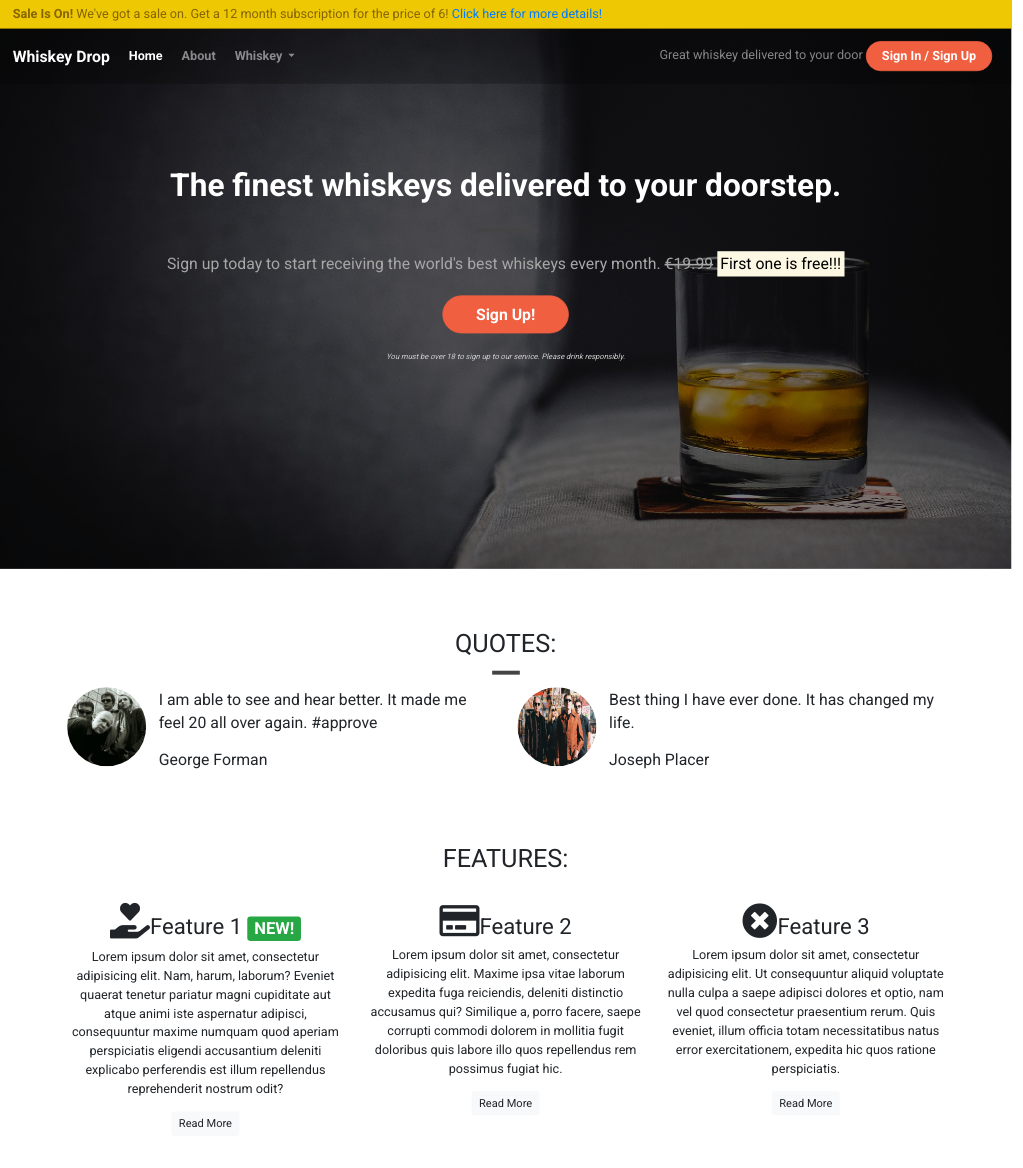
Repository: NamcorStudent/Dropdown-css
Page: bootstrap-whiskey/bootstrap.html
The author's editor kept a record of every edit. The page is drawn from the files as they stood at one moment, then again after the next edit.
The browser window is 1280 px wide. The page is 1295 px wide, so the pictures cover 1295 px, including what lies to the right of the window. The pictures show the whole page, at 79% of full size.
Backgrounds fixed to the window are drawn as part of the page. Some web libraries are served in a nearby version.

Above is the page before.
Console error: TypeError: Cannot read properties of undefined (reading 'fn')

After the next edit:
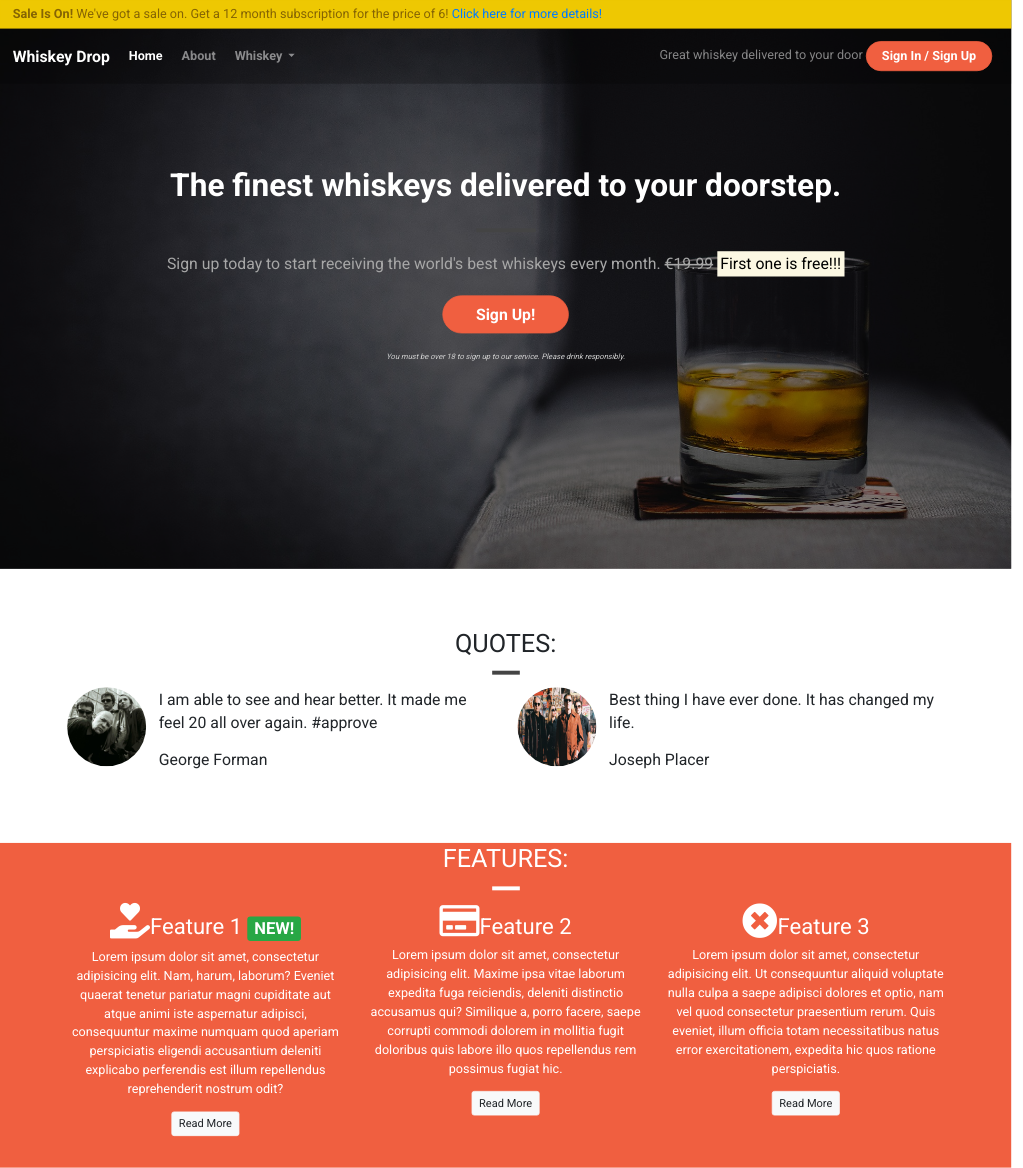
The edit:
--- a/bootstrap-whiskey/bootstrap.html
+++ b/bootstrap-whiskey/bootstrap.html
@@ -115,6 +115,7 @@
     </div>
 
     <!-----FEATURES----->
+    <div class="container-wrapper container-wrapper--red">
     <div class="container features-container content-conteiner">
         <section class="features">
             <div class="row">
